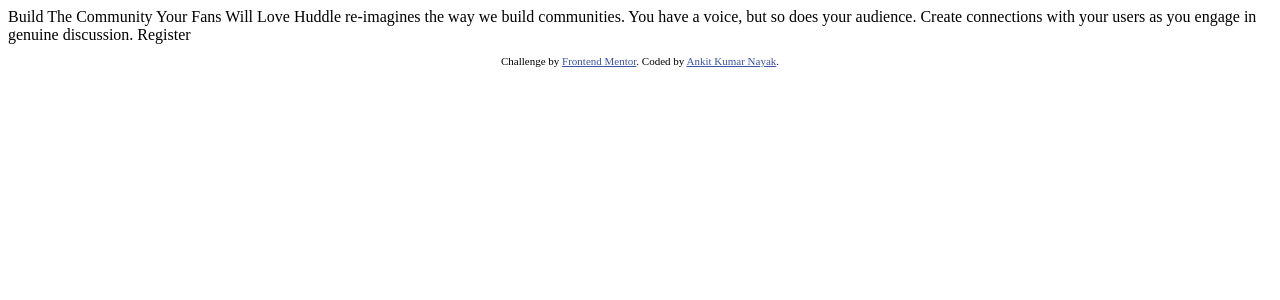
Repository: ankitnayak09/FrontEndMentor-Solutions
Page: huddle-landing-page-with-single-introductory-section-master/index.html
The author's editor kept a copy of each file at every save. The page is drawn from the files as they stood at one save, then again after the next save.
The browser window is 1280 px wide. The pictures show the whole page.

Above is the page before, as saved 2021-07-07 18:10:44.

After the next save:
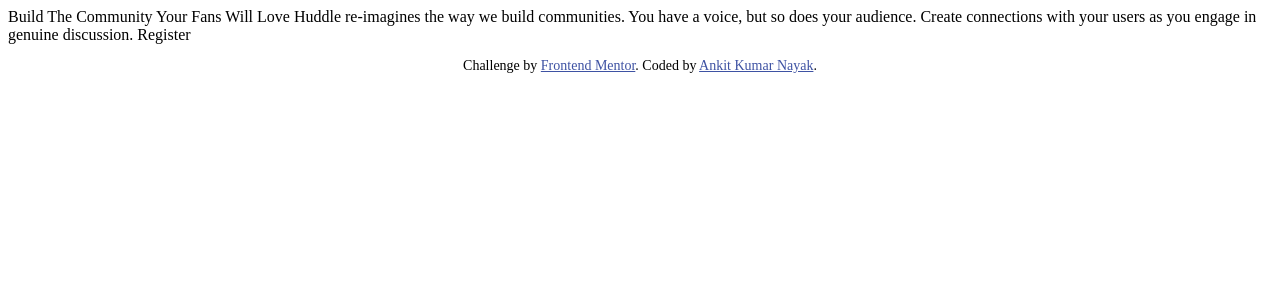
Saved 2 min 28 s later.
--- a/huddle-landing-page-with-single-introductory-section-master/index.html
+++ b/huddle-landing-page-with-single-introductory-section-master/index.html
@@ -10,7 +10,7 @@
 
   <!-- Feel free to remove these styles or customise in your own stylesheet 👍 -->
   <style>
-    .attribution { font-size: 11px; text-align: center; }
+    .attribution { font-size: 14px; text-align: center; }
     .attribution a { color: hsl(228, 45%, 44%); }
   </style>
 </head>
